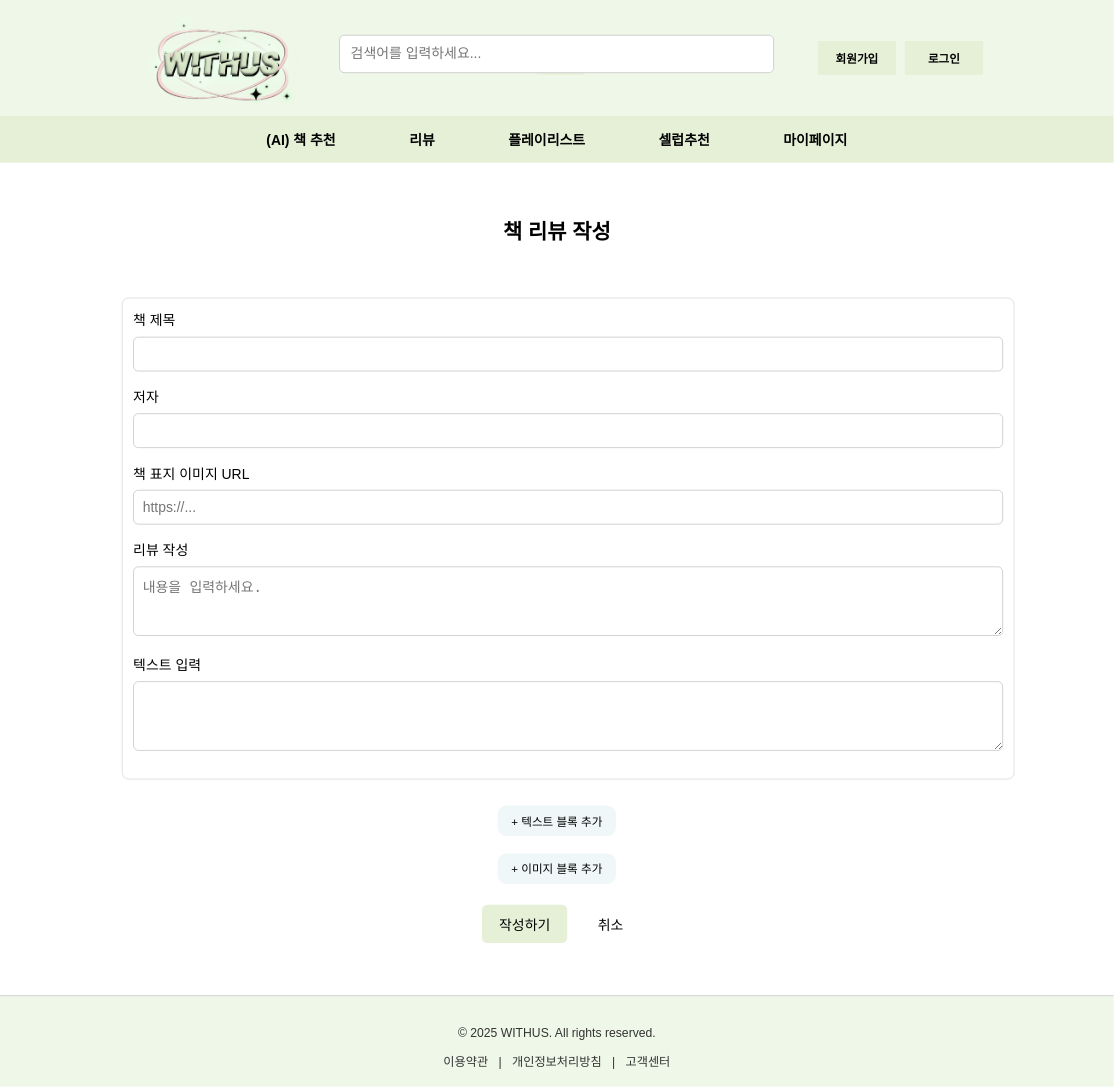
Repository: book-recommendation-team/book_recommendation_web_project
Page: http://localhost/2025_teamproject/reviewForm.jsp
These files come from the project's save history. The page is drawn as it stood at one moment and after the next save; the edit follows.
The browser window is 1280 px wide. The pictures show the whole page, at 87% of full size.
The page is served by Tomcat 9. Other server files are loaded and not shown.

Above is the page before, as saved 2025-07-03 06:44:58.

### 2025_teamproject/src/main/webapp/reviewForm.jsp
<%@ page contentType="text/html; charset=UTF-8" language="java"%>
<!DOCTYPE html>
<html>
<link rel="stylesheet"
	href="https://cdnjs.cloudflare.com/ajax/libs/font-awesome/6.5.0/css/all.min.css" />
<link rel="stylesheet" href="./css/celebList.css" />
<%@ include file="css/main_css.jsp"%>
<link rel="icon" href="img/icon2.png" type="image/x-icon">
<head>
<title>리뷰 작성</title>
<style>
body {
	font-family: 'Arial', sans-serif;
	margin: 0;
	padding: 0;
	background-color: #fff;
}

.container {
	max-width: 1000px;
	margin: 30px auto;
	padding: 0 16px;
}

h2 {
	text-align: center;
	margin: 60px;
}

input[type="text"], input[type="file"], textarea {
	box-sizing: border-box;
	width: 100%;
	padding: 10px;
	margin-top: 8px;
	margin-bottom: 16px;
	border: 1px solid #ccc;
	border-radius: 6px;
	font-size: 1rem;
}

.editor-block {
	width: 100%;
	border: 1px solid #ddd;
	padding: 12px;
	border-radius: 8px;
	margin-bottom: 12px;
	background-color: #fff;
}

.editor-block textarea {
	resize: vertical;
	min-height: 80px;
}

.editor-block input[type="file"] {
	background-color: #f4f4f4;
}

.button-box {
	text-align: center;
	margin-top: 24px;
}

.button-box button {
	padding: 10px 20px;
	font-size: 1rem;
	border: none;
	border-radius: 6px;
	margin-left: 10px;
	cursor: pointer;
}

.submit-btn {
	background-color: #e6f0d7;
	color: black;
}

.cancel-btn {
	background-color: #fff;
	color: black;
}

.add-block-btn {
	display: block;
	margin: 0 auto 20px;
	padding: 8px 16px;
	border-radius: 10px;
	background-color: #eff7f8;
	color: black;
	border: none;
	cursor: pointer;
}
</style>
</head>

<body>
	<header>
		<div id="logo">
			<a href="main.jsp"> <img src="img/logo.png" alt="로고">
			</a>
		</div>

		<div class="search-group">
			<input type="text" id="search-box" placeholder="검색어를 입력하세요..." />
			<button id="search-btn">검색</button>
		</div>
		<div id="user-buttons">
			<button id="join-btn" onclick="location.href='join.jsp'">회원가입</button>
			<button id="login-btn" onclick="location.href='Login.jsp'">로그인</button>
		</div>
	</header>

	<nav>
		<a href="#">(AI) 책 추천</a> <a
			href="${pageContext.request.contextPath}/reviewList">리뷰</a> <a
			href="#">플레이리스트</a> <a
			href="${pageContext.request.contextPath}/celebList">셀럽추천</a> <a
			href="#">마이페이지</a>
	</nav>

	<div class="container">
		<h2>책 리뷰 작성</h2>
		<form action="submitReview" method="post"
			enctype="multipart/form-data">
			<div id="editor-area">
				<div class="editor-block">
					<label>책 제목</label> <input type="text" name="title" required>
					<label>저자</label> <input type="text" name="author" required>
					<label>책 표지 이미지 URL</label> <input type="text" name="coverImageUrl"
						placeholder="https://..." required> <label>리뷰 작성</label>
					<textarea name="reviewText" placeholder="내용을 입력하세요." required></textarea>

					<label>텍스트 입력</label>
					<textarea name="contentBlock1_text"></textarea>
				</div>
			</div>
		</form>
	</div>


	<!-- 블록 추가 버튼 -->
	<div style="text-align: center; margin-bottom: 20px;">
		<button type="button" class="add-block-btn"
			onclick="addEditorBlock('text')">+ 텍스트 블록 추가</button>
		<button type="button" class="add-block-btn"
			onclick="addEditorBlock('image')">+ 이미지 블록 추가</button>
	</div>

	<div class="button-box">
		<button type="submit" class="submit-btn">작성하기</button>
		<button type="button" class="cancel-btn" onclick="history.back()">취소</button>
	</div>
	</form>
	</div>

	<footer>
		<div class="footer-container">
			<p>&copy; 2025 WITHUS. All rights reserved.</p>
			<div class="footer-links">
				<a href="#">이용약관</a> | <a href="#">개인정보처리방침</a> | <a href="#">고객센터</a>
			</div>
		</div>
	</footer>

	<script>
	let blockCount = 1;

	function addEditorBlock(type) {
		blockCount++;
		const editorArea = document.getElementById("editor-area");

		const blockDiv = document.createElement("div");
		blockDiv.className = "editor-block";

		if (type === "text") {
			blockDiv.innerHTML = `
				<label>텍스트 입력</label>
				<textarea name="contentBlock${blockCount}_text"></textarea>
			`;
		} else if (type === "image") {
			blockDiv.innerHTML = `
				<label>이미지 업로드</label>
				<input type="file" name="contentBlock${blockCount}_image" accept="image/*">
			`;
		} else {
			alert("알 수 없는 블록 타입입니다.");
			return;
		}

		editorArea.appendChild(blockDiv);
	}
	</script>
</body>
</html>

### 2025_teamproject/src/main/webapp/css/main_css.jsp
<%@ page language="java" contentType="text/html; charset=UTF-8"
    pageEncoding="UTF-8"%>
<!DOCTYPE html>
<style>
  /* 기본 스타일 (기존 유지) */
body {
    font-family: 'Arial', sans-serif;
    margin: 0;
    padding: 0;
    background-color: #fff;
}

header {
    display: flex;
    justify-content: space-between;
    align-items: center;
    background-color: #eff7e8;
    padding: 0px;
}

#logo img {
    width: 200px;
    height: auto;
    margin-left: 150px;
}

#logo a img {
    cursor: pointer;
}

#search-box {
    padding: 12px;
    width: 500px;
    border: 1px solid #ccc;
    position: absolute;
    left: 50%;
    transform: translateX(-50%);
}

.search-group {
    position: absolute;
    left: 50%;
    transform: translateX(-50%);
    display: flex;
    align-items: center;
}

#search-btn {
    background-color: #e6f0d7;
    border: none;
    padding: 10px 16px;
    margin-left: 8px;
    font-weight: bold;
    cursor: pointer;
    border-radius: 4px;
}

#search-btn:hover {
    background-color: #cce0b8;
}

#logout-btn,
#user-buttons button {
    background-color: #e6f0d7;
    border: none;
    padding: 10px 16px;
    cursor: pointer;
    width: 90px;
    font-weight: bold;
}

nav {
    background-color: #e6f0d7;
    text-align: center;
    padding: 15px 0;
}

nav a {
    text-decoration: none;
    margin: 0 40px;
    color: #000;
    font-weight: bold;
}

nav a:hover {
    text-decoration: underline;
}

#user-buttons {
    display: flex;
    gap: 10px;
    margin-right: 150px;
}

.banner {
    position: relative;
    width: 100%;
    height: 650px;
    overflow: hidden;
    background-color: #ffe04d;
}

.banner img {
    position: absolute;
    top: 0;
    left: 0;
    width: 100%;
    height: 100%;
    object-fit: cover;
    object-position: center center;
    opacity: 0.8;
    z-index: 1;
}

.banner-controls {
    position: absolute;
    bottom: 10px;
    right: 10px;
    z-index: 3;
    display: flex;
    gap: 6px;
}

.banner-controls button {
    background-color: rgba(255, 193, 7, 0.9);
    border: none;
    padding: 6px 8px;
    font-size: 14px;
    border-radius: 5px;
    cursor: pointer;
    color: #000;
    transition: background-color 0.3s ease;
}

.banner-controls button:hover {
    background-color: rgba(255, 160, 0, 0.95);
}

.section-title {
    background-color: #e6f0d7;
    display: flex;
    justify-content: center;
    flex-wrap: wrap;
    gap: 34px;
    padding: 18px 0;
     width: 100%;        /* ✅ 추가 */
    margin: 8px 0;      /* ✅ 가운데 정렬 제거 */
}

.section-title a {
    text-decoration: none;
    margin: 0 20px;
    color: #000;
    font-weight: bold;
}

.section-title a:hover {
    text-decoration: underline;
}

.main_list {
    padding: 20px;
    text-align: center;
}

.tag-list {
    display: flex;
    justify-content: center;
    flex-wrap: wrap;
    gap: 12px;
    margin: 20px 0;
}

.tag-button {
    background-color: #e6f0d7; /* 기본 연그린 */
    border: 1px solid transparent;
    padding: 8px 16px;
    border-radius: 20px;
    font-size: 14px;
    color: #446b3c; /* 그린 계열 텍스트 */
    cursor: pointer;
    font-weight: 600;
    transition: background-color 0.3s, color 0.3s, border 0.3s;
    outline: none;
}

.tag-button:hover {
    background-color: #d0e6c5;             /* hover 시 약간 더 진한 그린 */
    color: #2e4f25;
}

.tag-button.active {
    background-color: #c0dab0;             /* 클릭됐을 때 조금 더 강조 */
    border: 1px solid #8cb78a;             /* 테두리도 자연스러운 초록 */
    color: #2e4f25;                        /* 글자도 어울리는 진한 그린 */
}

.tag-button:focus {
    outline: none;
    box-shadow: none;
}

/* 책 슬라이더 스타일 */
.book-carousel {
    position: relative;
    max-width: 1000px;
    margin: 0 auto 40px auto;
    overflow: hidden;
}

.carousel-window {
    width: 1000px;
    overflow: hidden;
    margin: 0 auto;
}

.carousel-track {
    display: flex;
    transition: transform 0.5s ease;
}

/* 이전/다음 버튼 - 위치 고정, 색상 조정 */
.carousel-btn {
    position: absolute;
    top: 50%;
    transform: translateY(-50%);
    font-size: 26px;
    background-color: #f3f8ef;
    border: none;
    color: #444;
    cursor: pointer;
    padding: 8px 12px;
    border-radius: 50%;
    z-index: 2;
    display: flex;
    align-items: center;
    justify-content: center;
    transition: background-color 0.3s, color 0.3s;
    user-select: none;
}

.carousel-btn:hover {
    background-color: #c8dfb5;
    color: #000;
}

.carousel-btn.prev {
    left: 10px;
}

.carousel-btn.next {
    right: 10px;
}

.book-item {
    flex: 0 0 25%;
    text-align: center;
    padding: 10px;
    box-sizing: border-box;
}

.book-item img {
    width: 180px;
    height: 260px;
    object-fit: cover;
    border-radius: 6px;
}

.book-info {
    margin-top: 8px;
}

.book-title {
    font-size: 14px;
    font-weight: bold;
    margin-top: 10px;
    color: #444;
}

.book-author {
    font-size: 12px;
    color: #666;
}

footer {
    background-color: #eff7e8;
    color: #333;
    padding: 20px 0;
    text-align: center;
    font-size: 14px;
    border-top: 1px solid #ccc;
    margin-top: 60px;
}

.footer-container {
    max-width: 1000px;
    margin: 0 auto;
}

.footer-links a {
    color: #333;
    text-decoration: none;
    margin: 0 8px;
}

.footer-links a:hover {
    text-decoration: underline;
}

 /* 이전/다음 버튼 스타일 */
#carousel-prev-btn, #carousel-next-btn {
    font-size: 18px;
    padding: 5px 12px;
    margin: 10px 5px 20px 5px;
    cursor: pointer;
    border: 1px solid #446b3c;
    background: white;
    color: #446b3c;
    border-radius: 4px;
}
#carousel-prev-btn:hover, #carousel-next-btn:hover {
    background-color: #446b3c;
    color: white;
}
</style>

### 2025_teamproject/src/main/webapp/css/celebList.css
@charset "UTF-8";

body {
	font-family: 'Arial', sans-serif;
	margin: 0;
	padding : 0;
	background-color: #fff;
	padding: 0;
}

.container {
	max-width: 1200px;
	margin: 30px auto;
}

.grid {
	display: grid;
	grid-template-columns: repeat(auto-fill, minmax(220px, 1fr));
	gap: 30px;
}

.card {
	margin-top: 20px;
	position: relative;
	background-color: #fff;
	border-radius: 5px;
	overflow: hidden;
	box-shadow: 0 4px 10px rgba(0, 0, 0, 0.08);
	transition: transform 0.2s ease;
	text-decoration: none;
	color: #000;
}

.card:hover {
	transform: translateY(-2px);
}

.card img {
	width: 100%;
	height: 260px;
	object-fit: cover;
}

.card-content {
	padding: 12px 14px;
}

.card-title {
	font-size: 1rem;
	font-weight: bold;
	margin-bottom: 5px;
}

.card-desc {
	font-size: 0.875rem;
	color: #555;
	line-height: 1.4;
	height: 2.6em;
	overflow: hidden;
	text-overflow: ellipsis;
}

/* 북마크 아이콘 */
.bookmark-icon {
	position: absolute;
	top: 12px;
	right: 12px;
	font-size: 1.2rem;
	color: rgba(255, 255, 255, 0.5);
	padding: 6px;
	border-radius: 50%;
	transition: color 0.2s ease;
}

.bookmark-icon:hover {
	color: #fff;
}

#topBtn {
	position: fixed;
	bottom: 40px;
	right: 40px;
	z-index: 9999;
	background-color: white;
	color: gray;
	border: none;
	border-radius: 50%;
	padding: 16px 18px;
	cursor: pointer;
	box-shadow: 0 8px 8px rgba(0,0,0,0.4);
	font-size: 1.5rem;
}

After the next save:
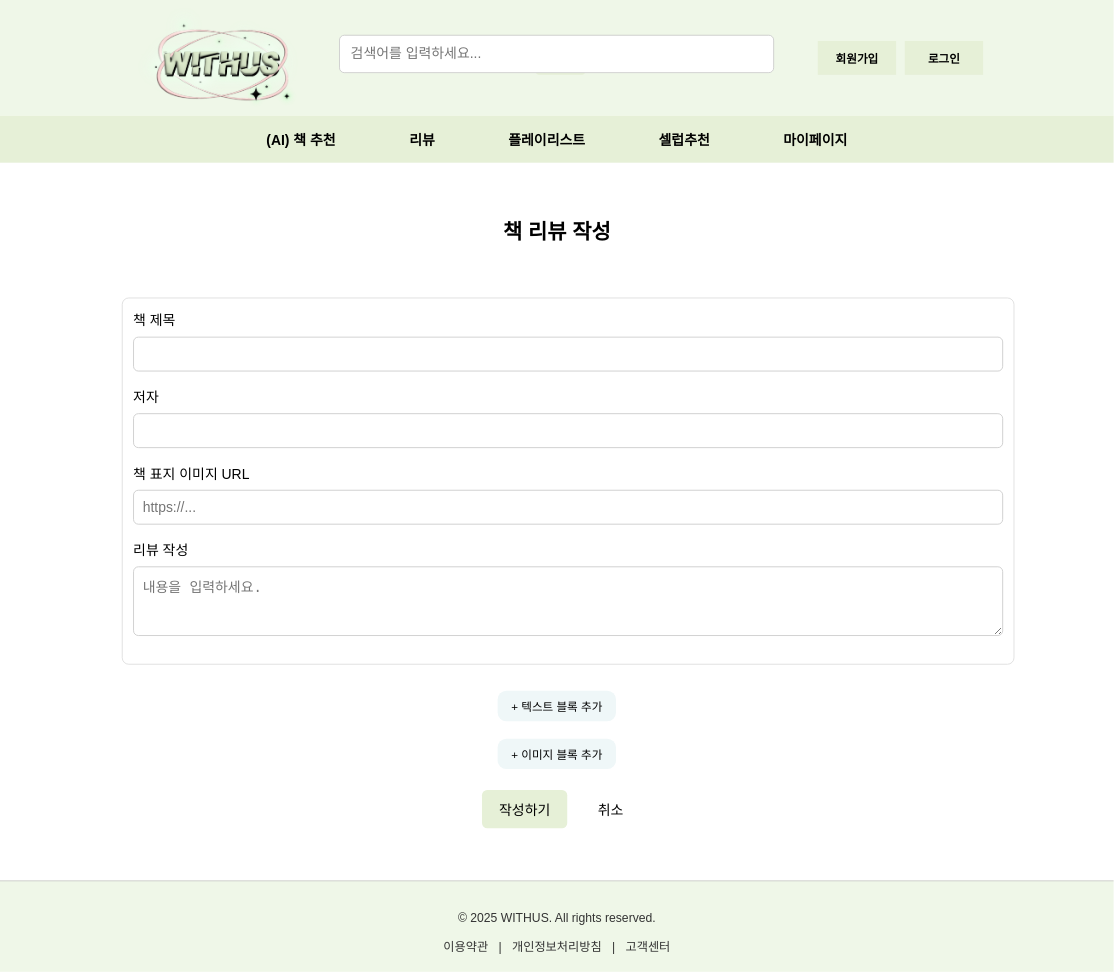
Saved 41 s later.
--- a/2025_teamproject/src/main/webapp/reviewForm.jsp
+++ b/2025_teamproject/src/main/webapp/reviewForm.jsp
@@ -129,9 +129,6 @@ input[type="text"], input[type="file"], textarea {
 					<label>책 표지 이미지 URL</label> <input type="text" name="coverImageUrl"
 						placeholder="https://..." required> <label>리뷰 작성</label>
 					<textarea name="reviewText" placeholder="내용을 입력하세요." required></textarea>
-
-					<label>텍스트 입력</label>
-					<textarea name="contentBlock1_text"></textarea>
 				</div>
 			</div>
 		</form>
